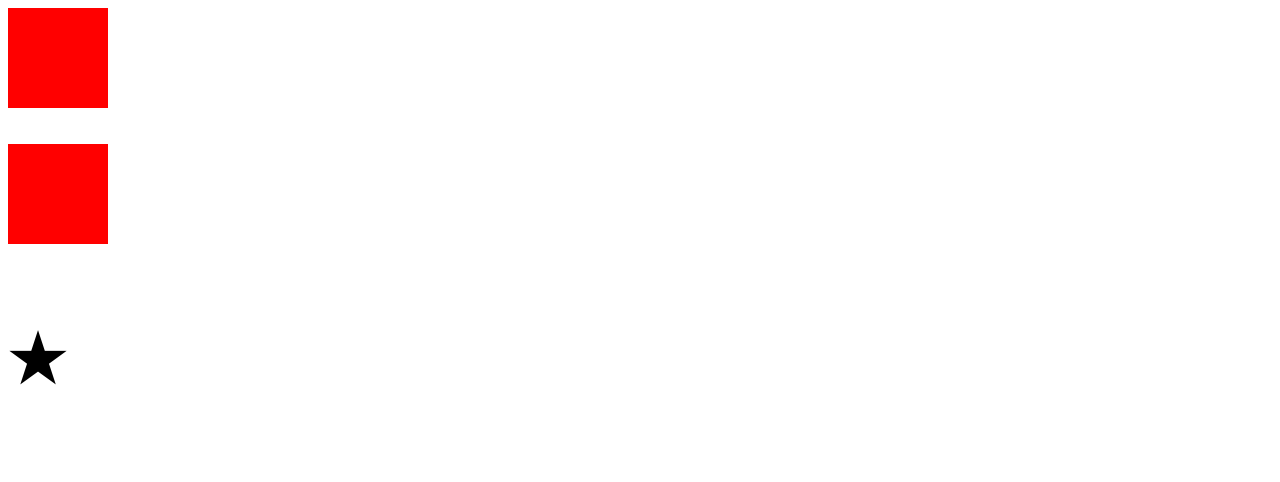
Repository: Shinhan1/shinhan
Page: http://localhost/web_goott/w20200324/w20200324_Test.jsp
These files come from the project's save history. The page is drawn as it stood at one moment and after the next save; the edit follows.
The browser window is 1280 px wide. The pictures show the whole page.
After loading, the first visible `h1` was clicked once.
The page is served by Tomcat 9.

Above is the page before, as saved 2020-03-24 07:56:34.

### web_goott/WebContent/w20200324/w20200324_Test.jsp
<%@ page language="java" contentType="text/html; charset=UTF-8"
    pageEncoding="UTF-8"%>
<!DOCTYPE html>
<html>
<head>
<meta charset="UTF-8">
<title>Test01</title>
<style type="text/css">
	div{
		margin-left: 0px;
		width: 100px;
		height: 100px;
		background-color: red;
	}
</style>
<script src="https://ajax.googleapis.com/ajax/libs/jquery/3.4.1/jquery.min.js"></script>
<script type="text/javascript">
	$(function(){
		$('#div1').click(function(){
			$(this).animate({
				marginLeft: "+=100"
			}, 500);
			$(this).animate({
				width : "+=100"
			}, 500);
			$(this).animate({
				height : "+=100"
			}, 500);

		});

		$('#div2').click(function(){
			$(this).animate({
				marginLeft: "+=100"
			}, 500);
			$(this).animate({
				width : "+=100"
			}, 500);
			$(this).animate({
				height : "+=100"
			}, 500, function(){
				$(this).hide();
			});

		});
		$('h1').click(function(){
			$(this).html("<h1>★</h1>");

		});


	});
</script>
</head>
<body>
	<div id="div1"></div>
	<br /><br />
	<div id="div2"></div>
	<br /><br />
	<h1>Star : <span></span></h1>

</body>
</html>

After the next save:
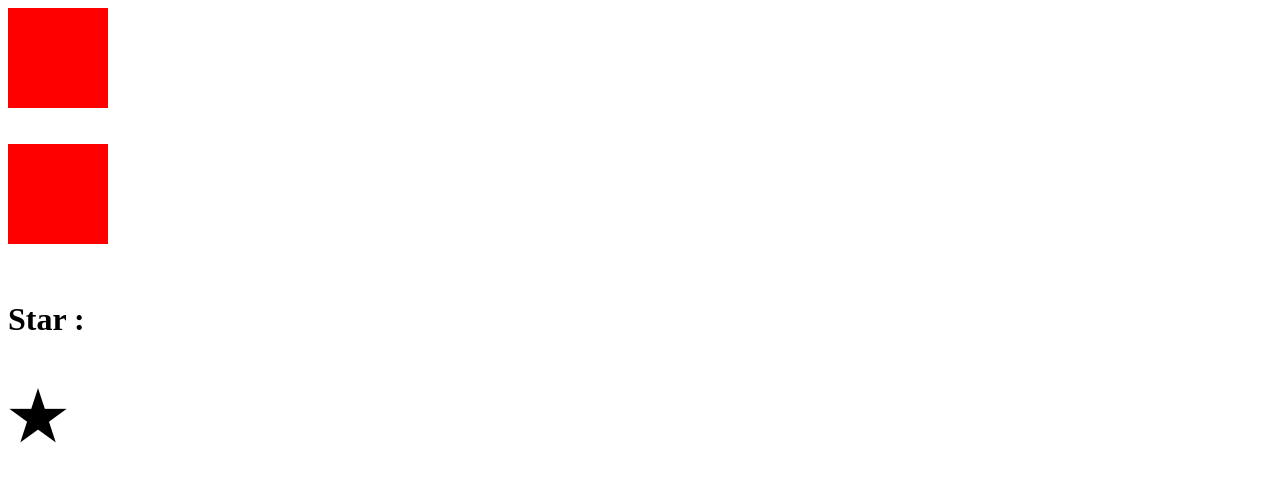
Saved 4 s later.
--- a/web_goott/WebContent/w20200324/w20200324_Test.jsp
+++ b/web_goott/WebContent/w20200324/w20200324_Test.jsp
@@ -44,7 +44,7 @@
 
 		});
 		$('h1').click(function(){
-			$(this).html("<h1>★</h1>");
+			$('span').html("<h1>★</h1>");
 
 		});
 
